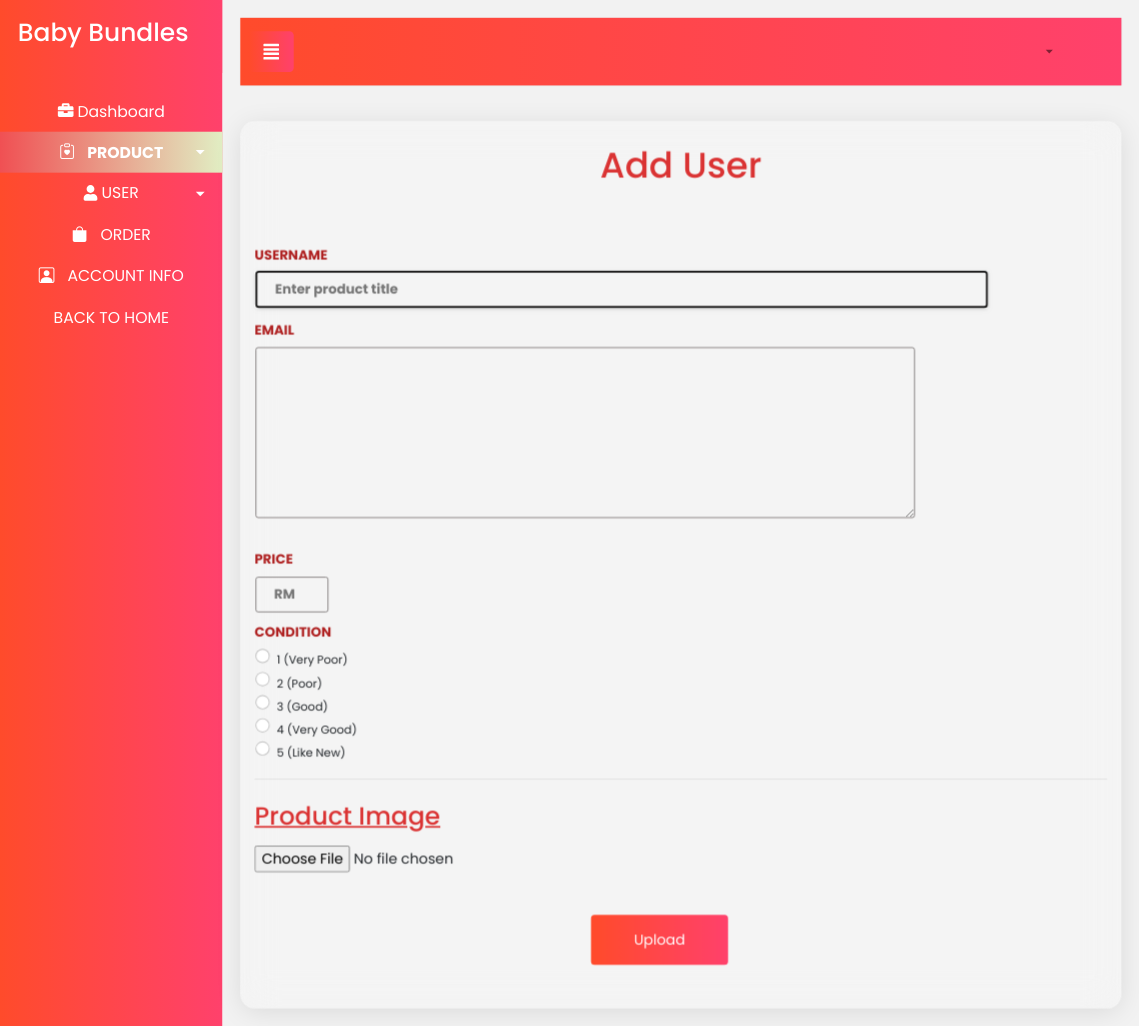
Repository: jiahow99/Baby-Bundles-University
Page: http://localhost/admin-adduser.php
These files come from the project's save history. The page is drawn as it stood at one moment and after the next save; the edit follows.
The browser window is 1280 px wide. The pictures show the whole page, at 89% of full size.
Some web libraries are served in a nearby version. The page is run by PHP 8.4 with error messages shown; the project is at /var/www/html/.

Above is the page before, as saved 2022-11-25 00:25:58.

After the next save:
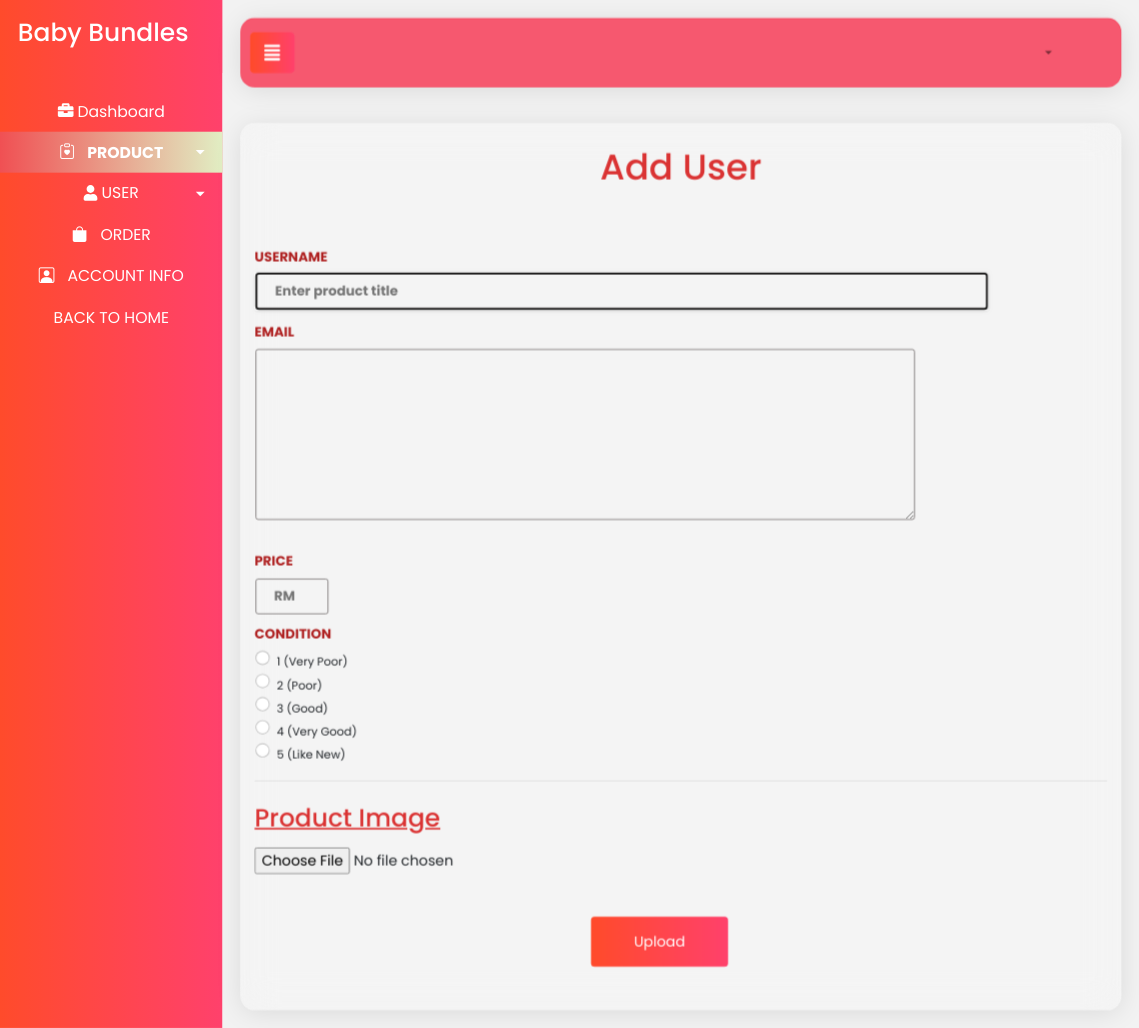
Saved 67 s later.
--- a/css/admin.style.css
+++ b/css/admin.style.css
@@ -429,5 +429,11 @@
 }
 
 .bg-admin{
-    background: linear-gradient(to right, #FF4B2B, #FF416C);
-}
+    /* From https://css.glass */
+background: rgba(248, 40, 70, 0.76);
+border-radius: 16px;
+box-shadow: 0 4px 30px rgba(0, 0, 0, 0.1);
+backdrop-filter: blur(6.9px);
+-webkit-backdrop-filter: blur(6.9px);
+border: 1px solid rgba(248, 40, 70, 0.3);
+}

After the save that followed:
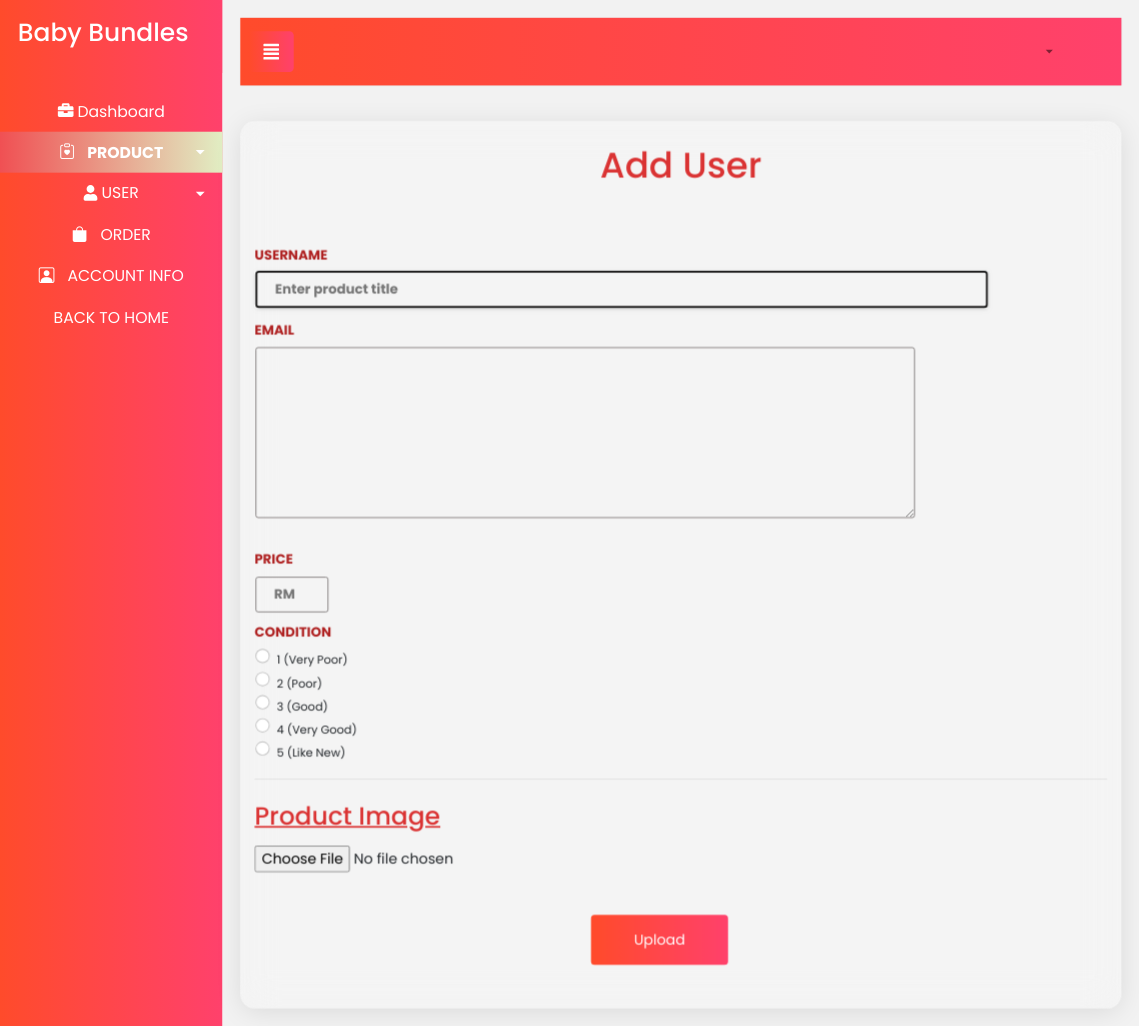
Saved 9 s later.
--- a/css/admin.style.css
+++ b/css/admin.style.css
@@ -429,11 +429,5 @@
 }
 
 .bg-admin{
-    /* From https://css.glass */
-background: rgba(248, 40, 70, 0.76);
-border-radius: 16px;
-box-shadow: 0 4px 30px rgba(0, 0, 0, 0.1);
-backdrop-filter: blur(6.9px);
--webkit-backdrop-filter: blur(6.9px);
-border: 1px solid rgba(248, 40, 70, 0.3);
-}
+    background: linear-gradient(to right, #FF4B2B, #FF416C);
+}
